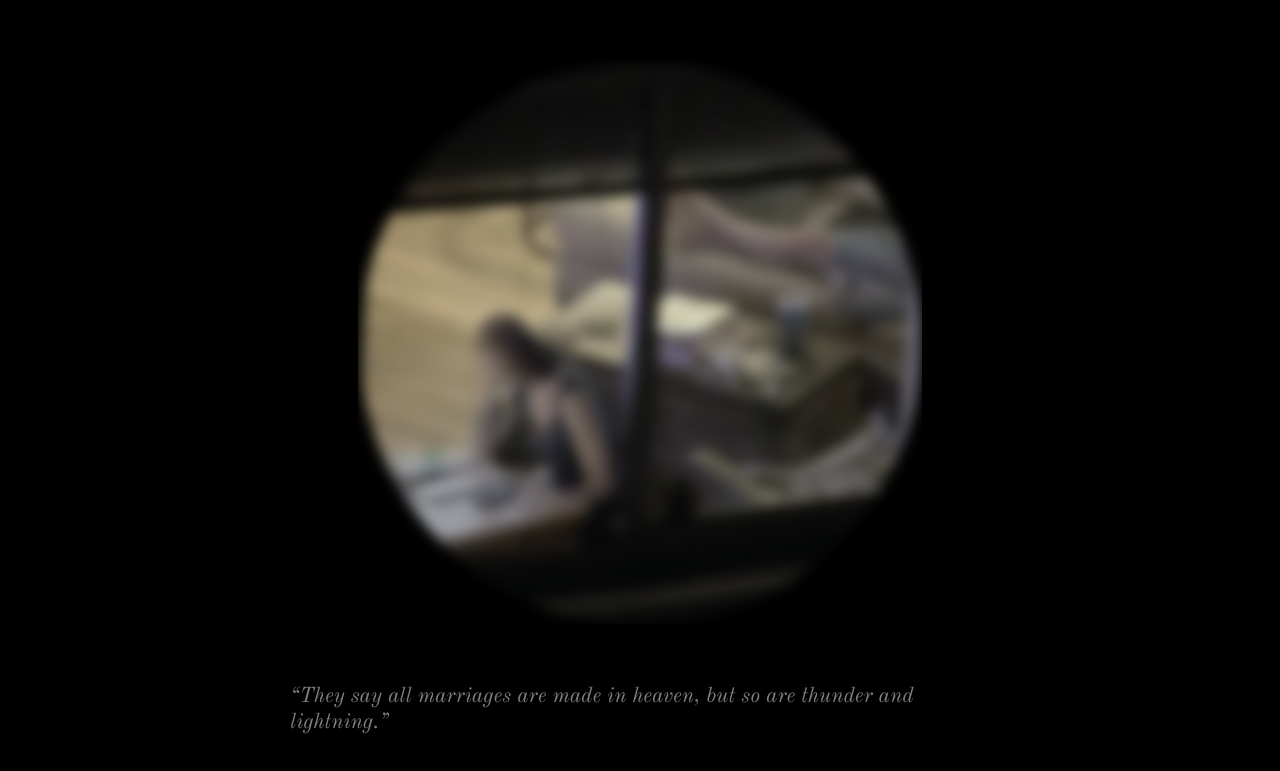
Repository: ConnyPinto/connypinto.github.io
Page: studio/space/final-space/room3.html
The author's editor kept a record of every edit. The page is drawn from the files as they stood at one moment, then again after the next edit.
The browser window is 1280 px wide. The pictures show the whole page.
Some web libraries are served in a nearby version.

Above is the page before.

### studio/space/final-space/room3.html
<html>

<head>
    <title>Space</title>
   <link href='//fonts.googleapis.com/css?family=Old+Standard+TT:400italic' rel='stylesheet' type='text/css'>
    <link rel="stylesheet" href="css/room.css" type="text/css" />
     <script src="//ajax.googleapis.com/ajax/libs/jquery/1.7.1/jquery.min.js"></script>
      <script src="javascript/room.js"></script>
</head>

<body>

        <a href="room2.html" class="right-window" style="background-image: url(images/windows-02.png);"></a>


    <div class="content">



    <a href="#" class="lense" style="background-image: url(images/lense-003.png);"></a>



    <div class="quote">&ldquo;They say all marriages are made in heaven, but so are thunder and lightning.&rdquo;</div>

    </div>

    <!-- <div class="eyes"><img src="images/i9lb4.gif"></div>  -->




</body>

</html>

### studio/space/final-space/css/room.css
body{
    background-color: black;
    font-family: 'Old Standard TT', serif;
    font-style: italic;
    margin-bottom:35px;
}

.lense {
    background-repeat: no-repeat;
    width: 564px;
    height:564px;
    display: block;
    font-size: 0;
    margin:0 auto;
    margin-bottom:60px;
    margin-top:60px;
}
.lense:hover {
    background-position: 0 -565px;
}


/*.lense{
    margin:0 auto;
    margin-top:80px;
    margin-bottom:114px;}*/


.right-window:hover {
    background-position: 0 -258px;
}

.left-window:hover {
    background-position: 0 -258px;
}



.content{
    width:700px;
    margin:0 auto;

}

.quote{
    color:grey;
    font-family: 'Old Standard TT', serif;
    display: block;
    margin-left: auto;
    margin-right: auto;
    margin-bottom:10px;
    font-size: 16pt;
    width:700px;


}

.eyes{

    position: relative;
   margin:0 auto;
   width:300px;

}

.sofa-button {
    background-image: url(../images/sofa-button.png);
    background-repeat: no-repeat;
    width: 212px;
    height: 67px;
    display: inline-block;
    font-size: 0;
    margin:60px;
    margin-bottom:-80px;

}
.sofa-button:hover {
    background-position: 0 -68px;
}


/*.sofa-button{
    margin:20px;
    margin-bottom:-70px;

}*/

### studio/space/final-space/javascript/room.js
$(document).ready(function () {
    $('body').click(function (e) {
        console.log(e);
        if (!$(e.target).is('a')) {
            window.location.href = 'window.html';
        }
    });
});

After the next edit:
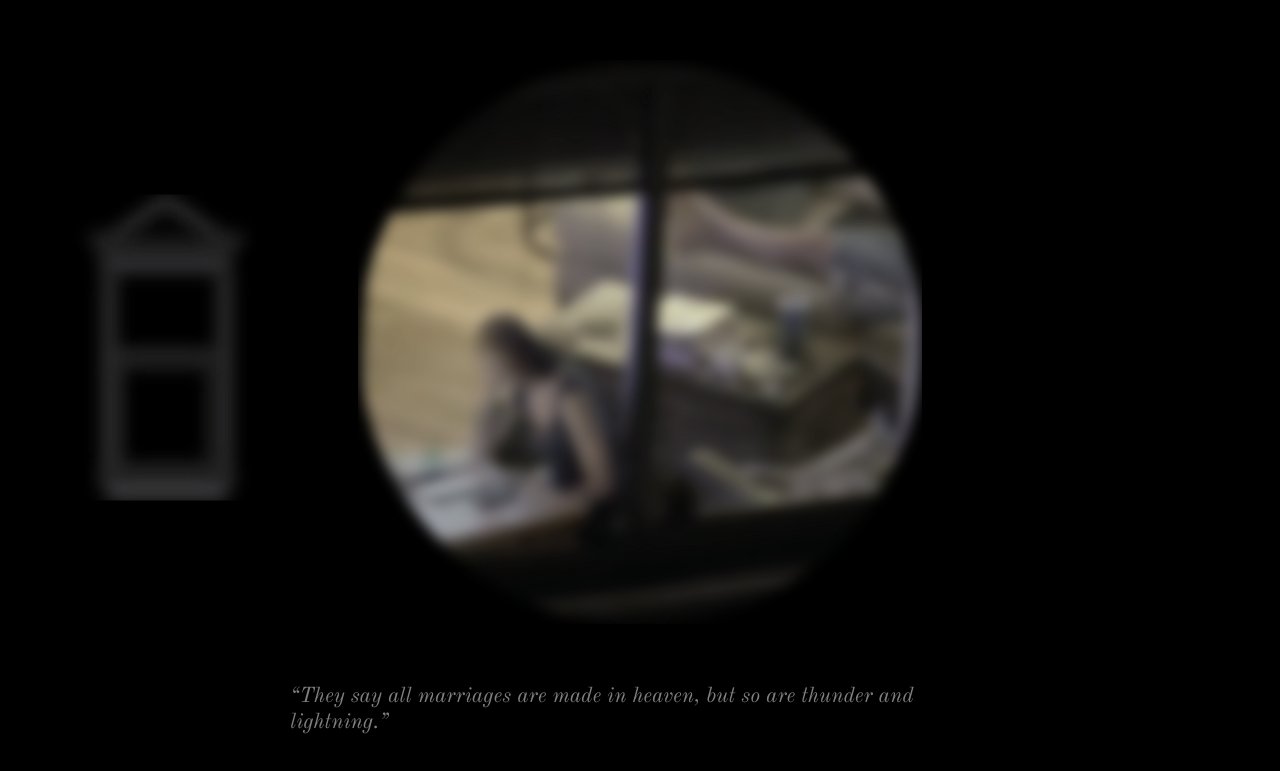
The edit:
--- a/studio/space/final-space/room3.html
+++ b/studio/space/final-space/room3.html
@@ -10,7 +10,16 @@
 
 <body>
 
-        <a href="room2.html" class="right-window" style="background-image: url(images/windows-02.png);"></a>
+          <a href="room2.html" class="left-window"
+        style="background-image: url(images/grey-blur-02-02.png);
+    background-repeat: no-repeat;
+    transform: scale(1.2);
+    width: 153px;
+    height: 255px;
+    display: block;
+    float:left;
+    margin-left:80px;
+    margin-top:160px;"></a>
 
 
     <div class="content">
